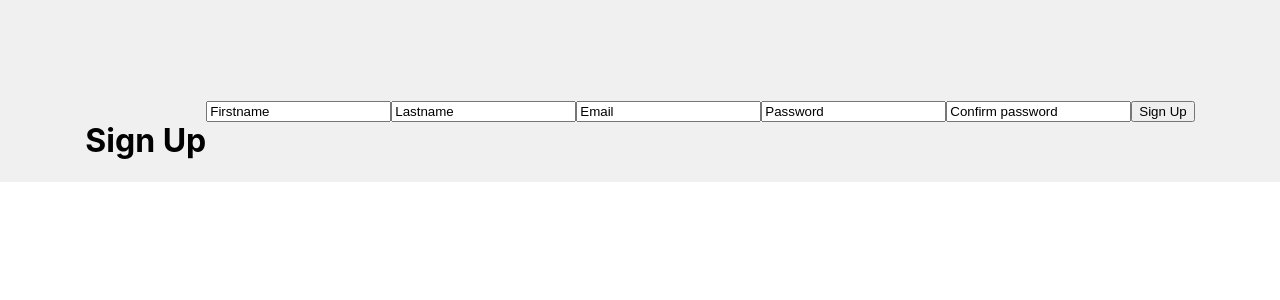
Repository: khamraeva/JSP-homework1-sighup
Page: /
These files come from the project's save history. The page is drawn as it stood at one moment and after the next save; the edit follows.
The browser window is 1280 px wide. The pictures show the whole page.
The project was rebuilt for these pictures with package versions that can differ from the ones it lists, and the page was loaded fresh each time.

Above is the page before, as saved 2020-07-22 16:32:45.

After the next save:
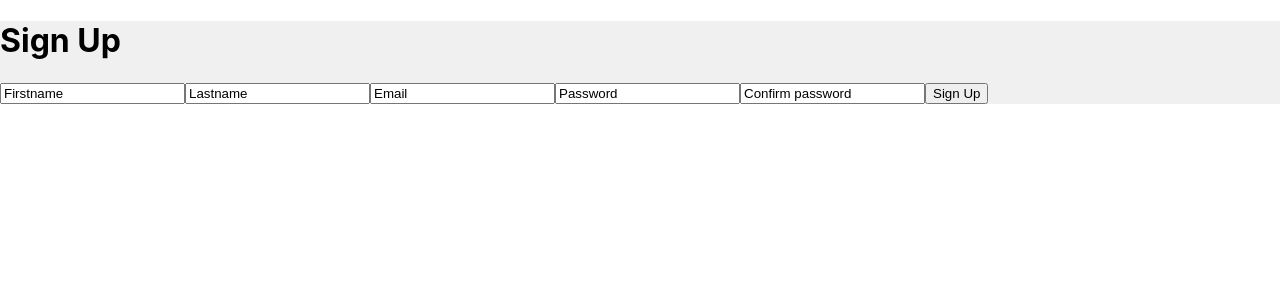
Saved 7 s later.
--- a/src/Components/SignUp/SignUp.css
+++ b/src/Components/SignUp/SignUp.css
@@ -1,9 +1,5 @@
 .signup-container {
-    display: flex;
-    justify-content: center;
-    padding-top: 100px;
-    flex-grow: 1;
-    width: 100%;
+
     background: rgb(239, 240, 239);
 }
 
